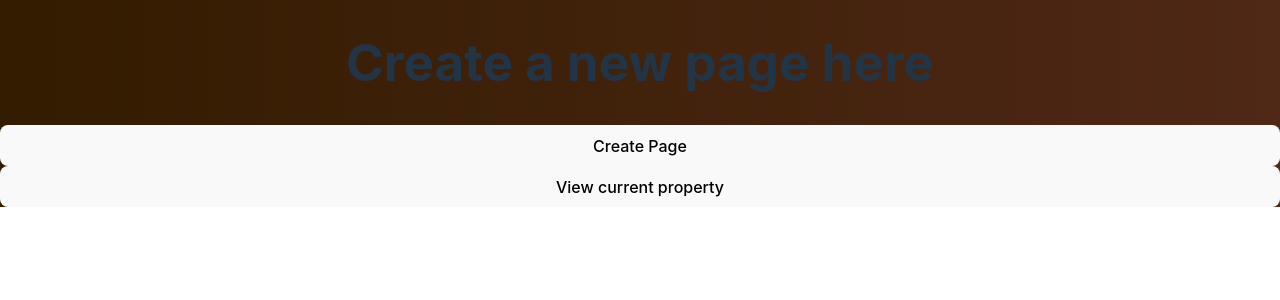
Repository: TMuse333/real_estate_property
Page: /
These files come from the project's save history. The page is drawn as it stood at one moment and after the next save; the edit follows.
The browser window is 1280 px wide. The pictures show the whole page.
The project was rebuilt for these pictures with package versions that can differ from the ones it lists, and the page was loaded fresh each time. Also part of the build but not shown: vite.config.js, src/components/navbar/navbar.css, src/components/navbar/navbar.jsx, src/components/carousel/carousel.css, src/components/carousel/carousel.jsx, src/components/carousel2/carosuel2.jsx, src/components/features/features.css, src/components/features/features.jsx and 16 more.

Above is the page before, as saved 2024-03-29 16:52:54.

### index.html
<!doctype html>
<html lang="en">
  <head>
    <meta charset="UTF-8" />
    <link rel="icon" type="image/svg+xml" href="/vite.svg" />
    <meta name="viewport" content="width=device-width, initial-scale=1.0" />
    <title>Rooftight Home</title>
  </head>
  <body>
    <div id="root"></div>
    <script type="module" src="/src/main.jsx"></script>
  </body>
</html>

### src/main.jsx
import './index.css'
import * as React from 'react';
import { StrictMode } from 'react';
import { createRoot } from 'react-dom/client';
import { BrowserRouter } from 'react-router-dom';

import App from './App';

const rootElement = document.getElementById('root');
const root = createRoot(rootElement);

root.render(
  <StrictMode>
    <BrowserRouter>
      <App />
    </BrowserRouter>
  </StrictMode>
);

### src/index.css
:root {
  font-family: Inter, system-ui, Avenir, Helvetica, Arial, sans-serif;
  line-height: 1.5;
  font-weight: 400;

  color-scheme: light dark;
  color: rgba(255, 255, 255, 0.87);
  background-color: #242424;

  font-synthesis: none;
  text-rendering: optimizeLegibility;
  -webkit-font-smoothing: antialiased;
  -moz-osx-font-smoothing: grayscale;
  /* overflow-x: hidden; */
}

a {
  font-weight: 500;
  color: #646cff;
  text-decoration: inherit;
}
a:hover {
  color: #535bf2;
}

body {
  margin: 0;
  display: flex;
  place-items: center;
  /* min-width: 320px; */
  min-height: 100vh;
}

h1 {
  font-size: 3.2em;
  line-height: 1.1;
}

button {
  border-radius: 8px;
  border: 1px solid transparent;
  padding: 0.6em 1.2em;
  font-size: 1em;
  font-weight: 500;
  font-family: inherit;
  background-color: #1a1a1a;
  cursor: pointer;
  transition: border-color 0.25s;
}
button:hover {
  border-color: #646cff;
}
button:focus,
button:focus-visible {
  outline: 4px auto -webkit-focus-ring-color;
}

@media (prefers-color-scheme: light) {
  :root {
    color: #213547;
    background-color: #ffffff;
  }
  a:hover {
    color: #747bff;
  }
  button {
    background-color: #f9f9f9;
  }
}

### src/App.jsx
import { useState } from 'react'
import reactLogo from './assets/react.svg'
import viteLogo from '/vite.svg'
import './App.css'
import Navbar from './components/navbar/navbar'
import ImageCarousel from './components/carousel/carousel'
import Carousel2 from './components/carousel2/carosuel2'


import kakashi from './media/kakashi_susanoo.jpg';
import sasuke from './media/sasuke.jpg';
import vegeta from './media/majin-vegeta.png';
import Property from './components/property/property'

import heroHome from './media/rooftight-2.png'

import {BrowserRouter as Router, Route, Routes } from 'react-router-dom'
import Homepage from './components/homepage/homepage'

function App() {
  const [count, setCount] = useState(0)

  const images = [
    {
      url:kakashi,
      alt:'Kakashi'
    }
   ,{
    url:sasuke,
    alt:'Sasuke'
   },
   {
    url:vegeta,
    alt:'Vegeta'
   },
   {
    url:kakashi,
    alt:'Kakashi2'
  }
 ,{
  url:sasuke,
  alt:'Sasuke2'
 },
 {
  url:vegeta,
  alt:'Vegeta2'
 },

  ]

  const links = [
    'home',
    'description',
    'price and features',
    'amenities',
    'photo gallery',
    'video',
    'more info',
    'flyers',
    'area info',
    'documents',
    'map',
    'Broker',
    'More Listings',
    'Show Bookings'
  ]

  return (
    <>
   <Routes>
      <Route path='/'
      element={<Homepage/>}
      />

      <Route path='property'
      element={<Property/>}
      />


   </Routes>
    </>
  )
}

export default App

### src/App.css
#root {
  max-width: 1280px;
  margin: 0 auto;
  padding: 2rem;
  text-align: center;
}

.logo {
  height: 6em;
  padding: 1.5em;
  will-change: filter;
  transition: filter 300ms;
}
.logo:hover {
  filter: drop-shadow(0 0 2em #646cffaa);
}
.logo.react:hover {
  filter: drop-shadow(0 0 2em #61dafbaa);
}

@keyframes logo-spin {
  from {
    transform: rotate(0deg);
  }
  to {
    transform: rotate(360deg);
  }
}

@media (prefers-reduced-motion: no-preference) {
  a:nth-of-type(2) .logo {
    animation: logo-spin infinite 20s linear;
  }
}

.card {
  padding: 2em;
}

.read-the-docs {
  color: #888;
}

.homepage-container{
  width:100vw;
  /* height:100vh; */
  display: flex;
  flex-direction: column;
  background: linear-gradient(to right, #331c00, #4f2816);

  justify-content: center;
  position: absolute;
  top:0;
  left:0;
  /* position: absolute;
  left:0;
  top:0; */
}

#home,
#description,
#price-and-features,
#amenities,
#photo-gallery,
#video,
#more-info,
#flyers,
#area-info,
#documents,
#map,
#broker,
#more-listings,
#show-bookings {
  scroll-margin-top: 8rem;
}

### src/components/homepage/homepage.jsx
import React from "react";


const Homepage = () => {

    return (
        <div className="homepage-container">
            <h1>Create a new page here</h1>
            <button>
                Create Page
            </button>
            <button>
                View current property
            </button>
        </div>
    )
}

export default Homepage

### src/components/carousel2/carousel2.css
*,
*::before,
*::after {
  box-sizing: border-box;
}

.img-slider-img {
  object-fit: cover;
  width: 100%;
object-position: 50% 50%;
  display: block;
  flex-shrink: 0;
  flex-grow: 0;
}

.img-slider-btn {
  all: unset;
  display: block;
  position: absolute;
  top: 0;
  bottom: 0;
  padding: 1rem;
  cursor: pointer;
  transition: background-color 100ms ease-in-out;
}

.img-slider-btn:hover,
.img-slider-btn:focus-visible {
  background-color: rgb(0, 0, 0, 0.2);
}

.img-slider-btn > * {
  stroke: white;
  fill: black;
  width: 2rem;
  height: 2rem;
}

@keyframes squish {
  50% {
    scale: 1.4 0.6;
  }
}

.img-slider-dot-btn {
  all: unset;
  display: block;
  cursor: pointer;
  width: 1rem;
  height: 1rem;
  transition: scale 100ms ease-in-out;
}

.img-slider-dot-btn:hover,
.img-slider-dot-btn:focus-visible {
  scale: 1.2;
}

.img-slider-dot-btn > * {
  stroke: white;
  fill: black;
  height: 100%;
  width: 100%;
}

.img-slider-dot-btn:focus-visible,
.img-slider-btn:focus-visible {
  outline: auto;
}

.skip-link {
  position: absolute;
  width: 1px;
  height: 1px;
  padding: 0;
  margin: -1px;
  overflow: hidden;
  border: 0;
  clip: rect(0, 0, 0, 0);
}

.skip-link:focus-visible {
  top: 0;
  left: 0;
  border: 1px solid black;
  background-color: white;
  padding: 0.5rem;
  width: auto;
  height: auto;
  margin: 0;
  clip: unset;
  text-decoration: none;
  color: black;
  z-index: 100;
}

.img-slider-img {
    transition: transform 0.5s ease;
  }

/* @media not (prefers-reduced-motion) {
  .img-slider-img {
    transition: translate 300ms ease-in-out;

  }

  .img-slider-btn:hover > *,
  .img-slider-btn:focus-visible > * {
    animation: squish 200ms ease-in-out;
  }
} */

.images-grid {
    display: grid;
    width: 95vw;
    grid-template-columns: repeat(auto-fit, minmax(230px, 1fr)); /* Modify this line */
    justify-content: center;
    gap: 2rem;
    max-width: 1200px;
    margin: 0 auto;

}

.images-grid img {
    width: 100%;
    height:40vw;
    object-fit: cover;
    max-height: 400px;
}

@media screen and (min-width:655px){
    .images-grid{
        scroll-margin-top:10rem;
    }
}

After the next save:
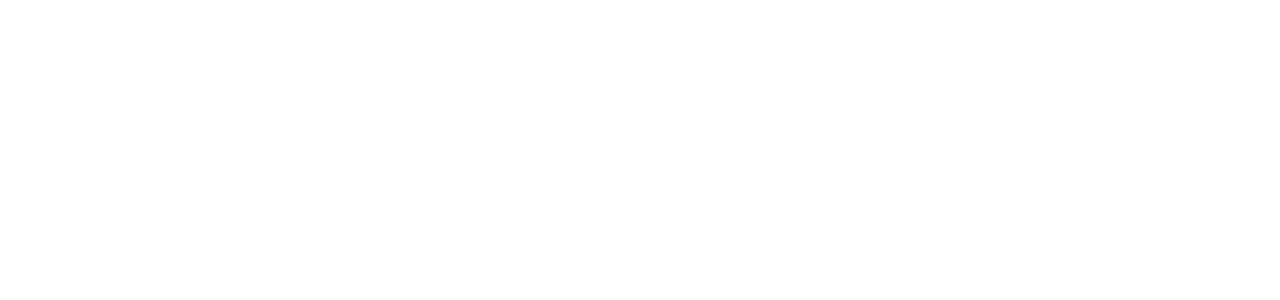
Console error: ReferenceError: al is not defined
Saved 9 s later.
--- a/src/components/homepage/homepage.jsx
+++ b/src/components/homepage/homepage.jsx
@@ -6,7 +6,9 @@
     return (
         <div className="homepage-container">
             <h1>Create a new page here</h1>
-            <button>
+            <button style={{
+                al
+            }}>
                 Create Page
             </button>
             <button>

After the save that followed:
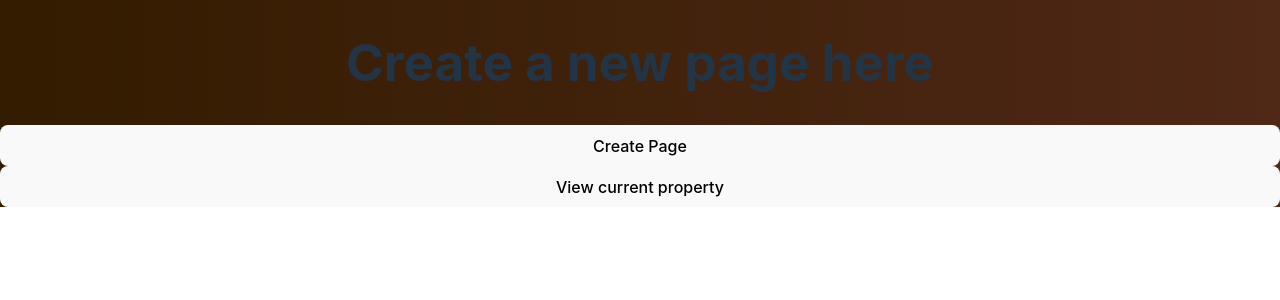
The error is gone.
Saved 4 s later.
--- a/src/components/homepage/homepage.jsx
+++ b/src/components/homepage/homepage.jsx
@@ -7,7 +7,7 @@
         <div className="homepage-container">
             <h1>Create a new page here</h1>
             <button style={{
-                al
+                alignItems:'center'
             }}>
                 Create Page
             </button>
